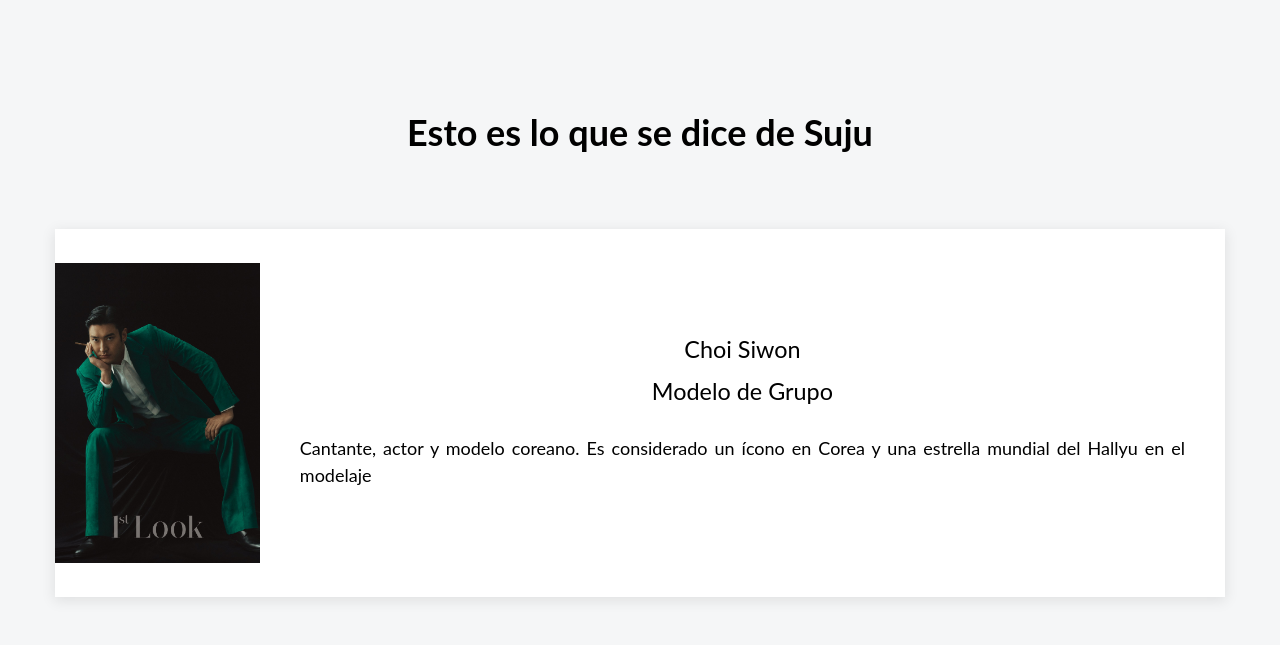
Repository: AleAedo/ReactProyectos1
Page: / (app in testimonios/)
These files come from the project's save history. The page is drawn as it stood at one moment and after the next save; the edit follows.
The browser window is 1280 px wide. The pictures show the whole page.
The project was rebuilt for these pictures with package versions that can differ from the ones it lists, and the page was loaded fresh each time.

Above is the page before, as saved 2022-08-10 11:40:30.

After the next save:
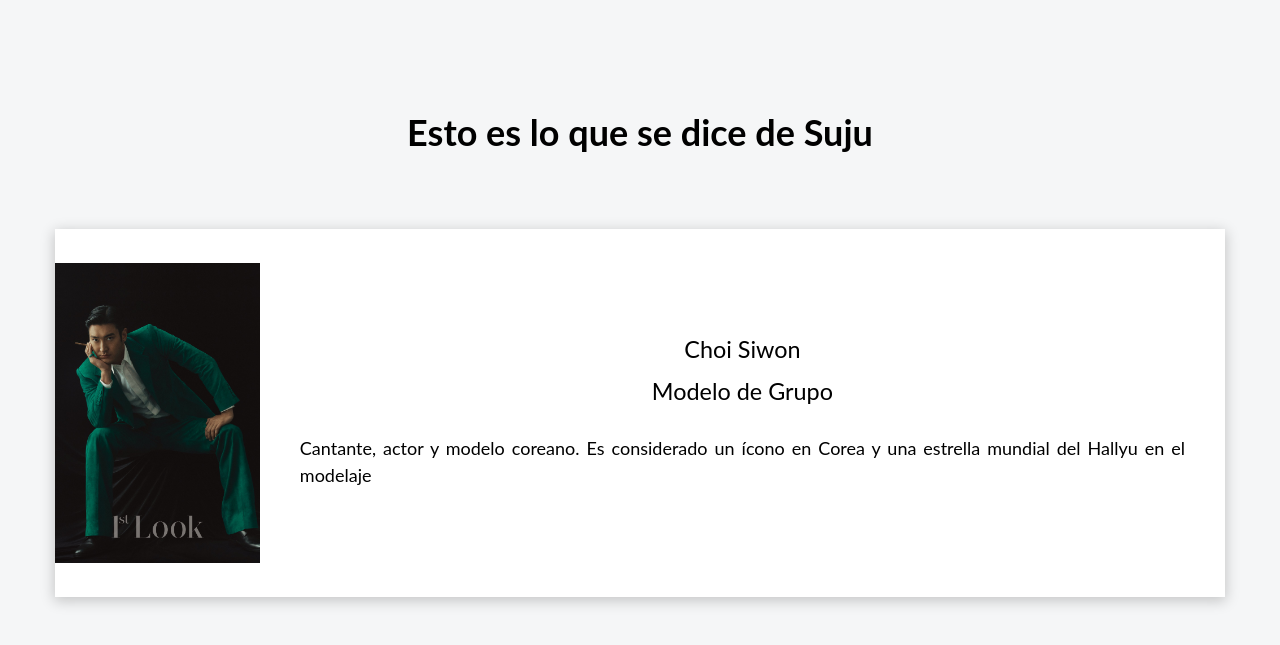
Saved 51 s later.
--- a/testimonios/src/hojas-de-estilo/Testimonio.css
+++ b/testimonios/src/hojas-de-estilo/Testimonio.css
@@ -6,7 +6,7 @@
   align-items: center;
   justify-content: center;
   background-color: #fff;
-  box-shadow: 0 3px 13px 1px rgb(0 0 0 / 9%);
+  box-shadow: 0 3px 13px 1px rgb(0 0 0 / 20%);
 }
 .imagen-testimonio {
   width: auto;
